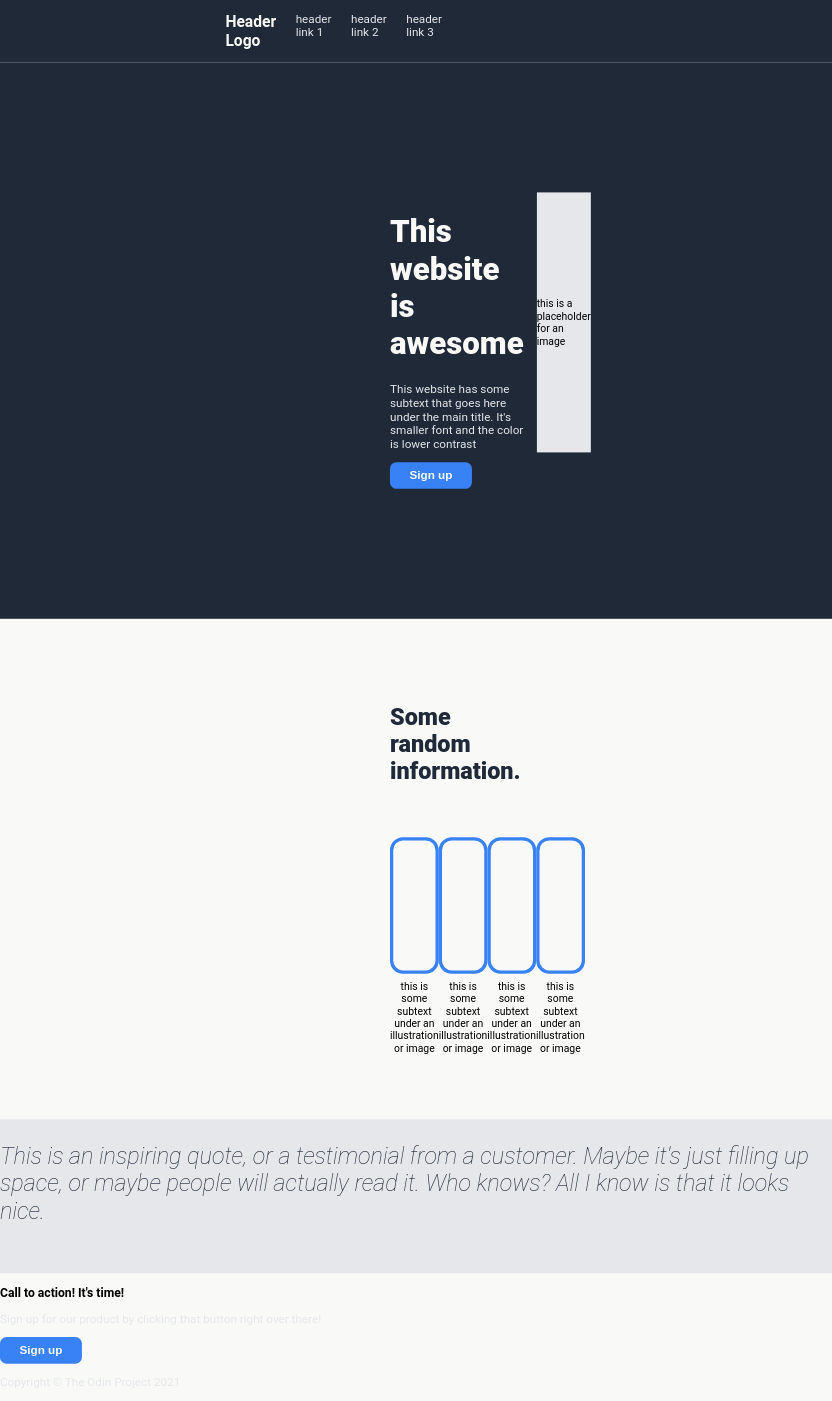
Repository: rsoetydev/landing-page
Page: index.html
An editor plug-in stored every save of this project. The page is shown before and after the next save, followed by the edit.
The browser window is 1280 px wide. The pictures show the whole page, at 65% of full size.

Above is the page before, as saved 2023-11-28 10:30:05.

After the next save:
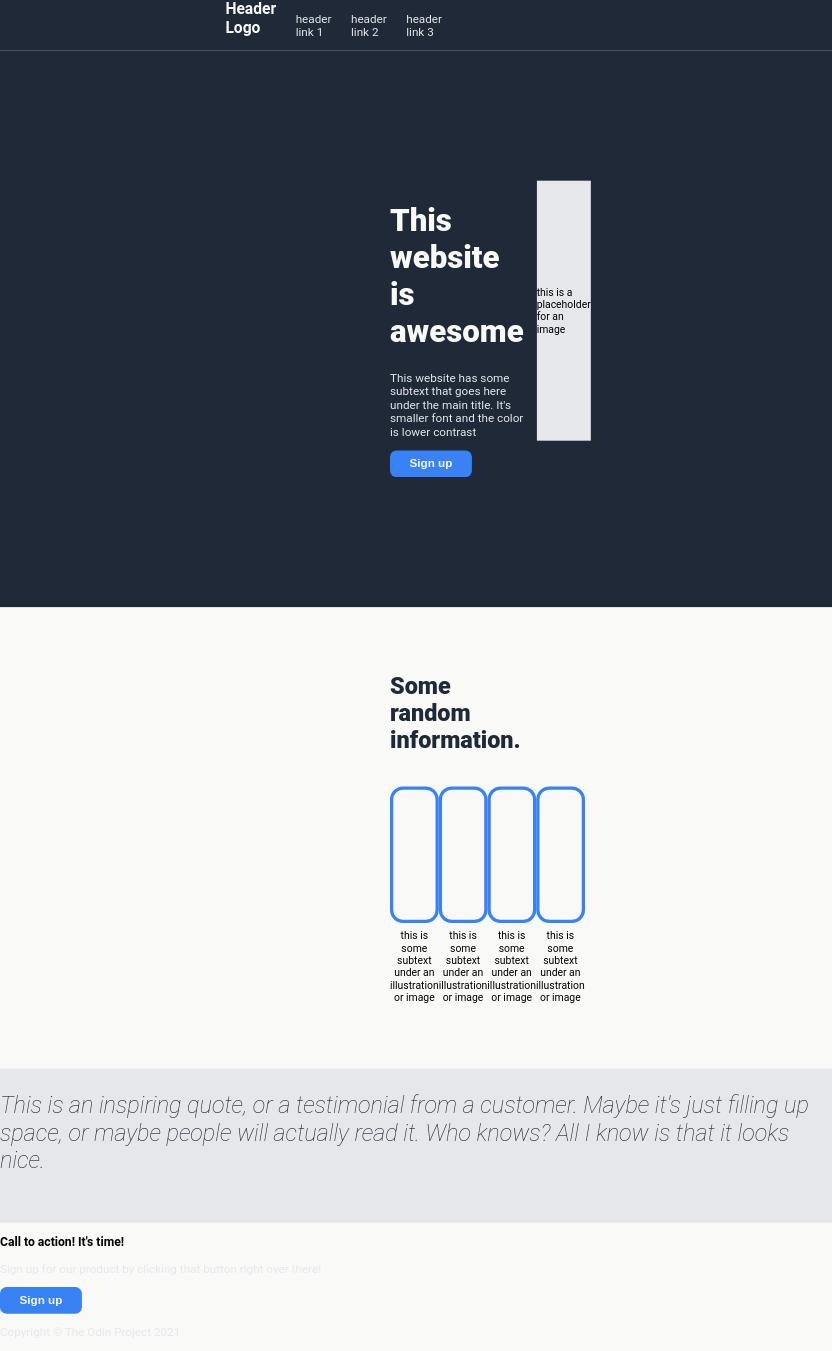
Saved 13 s later.
--- a/style.css
+++ b/style.css
@@ -33,6 +33,7 @@ h2{
     font-size: 24px;
     font: weight 600px;
     padding:0px;
+    margin: 0px;
 }
 
 .info-title {
